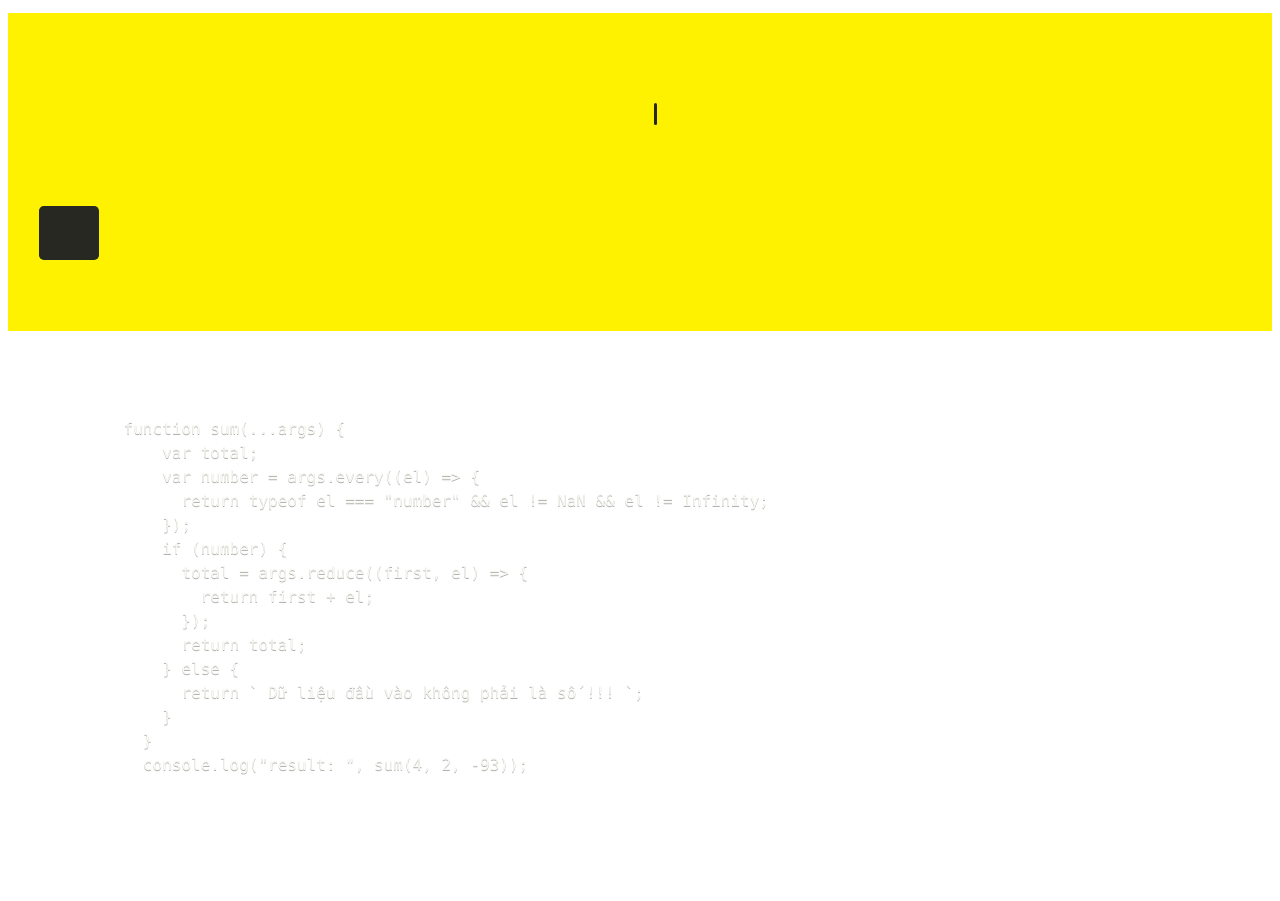
Repository: Dongnguyen318/Quydong
Page: Day 22.1/ex03.html
These files come from the project's save history. The page is drawn as it stood at one moment and after the next save; the edit follows.
The browser window is 1280 px wide. The pictures show the whole page.

Above is the page before, as saved 2023-09-05 23:20:54.

After the next save:
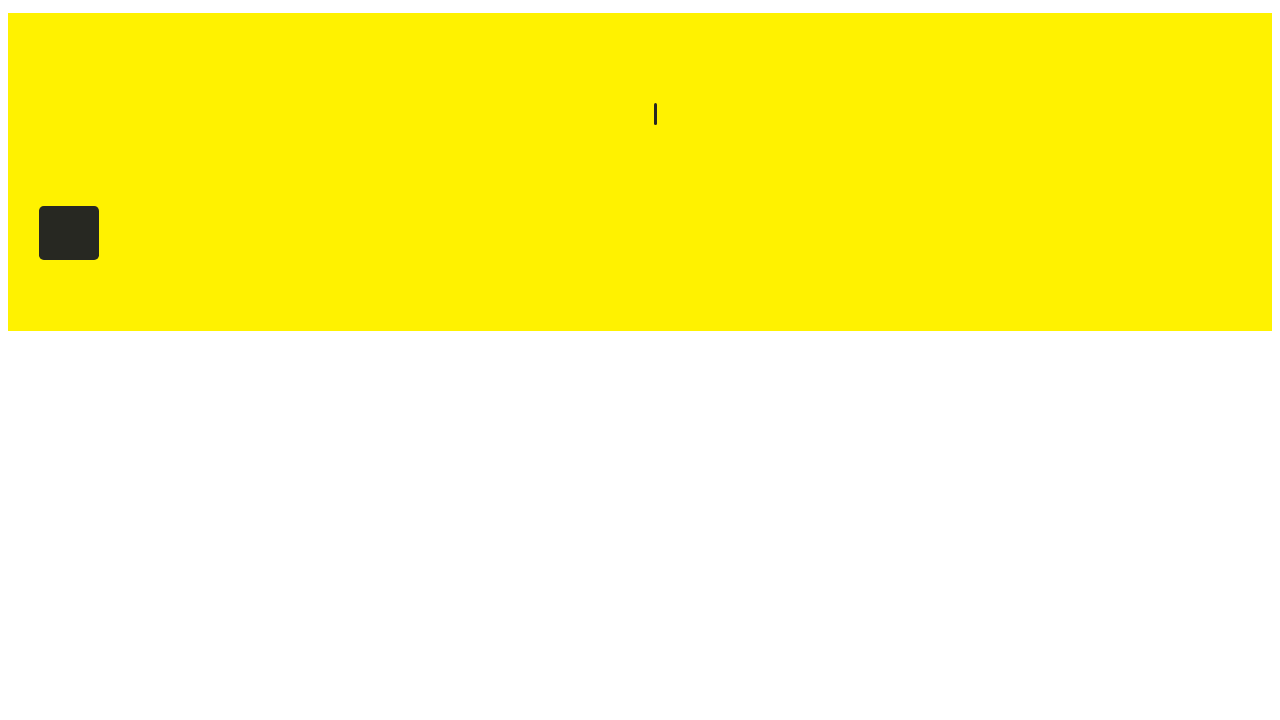
Saved 7 s later.
--- a/Day 22.1/ex03.html
+++ b/Day 22.1/ex03.html
@@ -29,22 +29,6 @@
     <br />
     <pre>
         <code class="language-js">
-            function sum(...args) {
-                var total;
-                var number = args.every((el) => {
-                  return typeof el === "number" && el != NaN && el != Infinity;
-                });
-                if (number) {
-                  total = args.reduce((first, el) => {
-                    return first + el;
-                  });
-                  return total;
-                } else {
-                  return ` Dữ liệu đầu vào không phải là số !!! `;
-                }
-              }
-              console.log("result: ", sum(4, 2, -93));
-
 
 
         </code>
